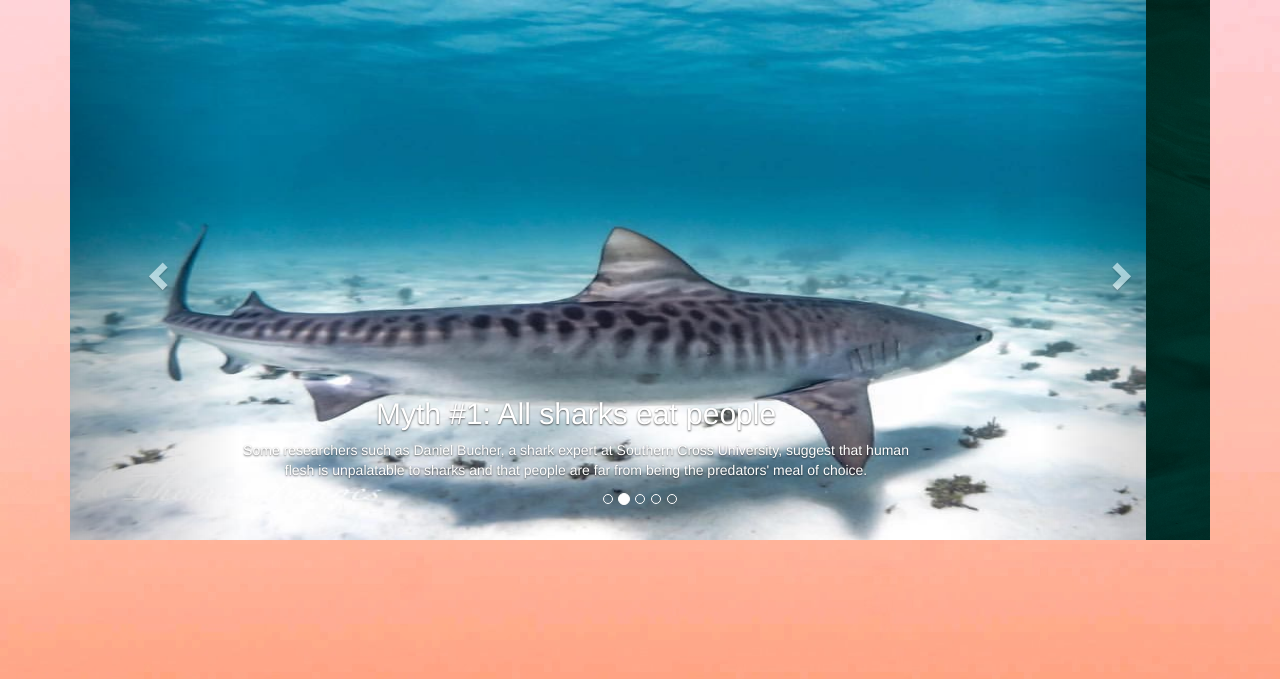
Repository: lacey-crenshaw/carousel
Page: index.html
An editor plug-in stored every save of this project. The page is shown before and after the next save, followed by the edit.
The browser window is 1280 px wide. The pictures show the whole page.

Above is the page before, as saved 2020-02-16 17:59:13.

After the next save:
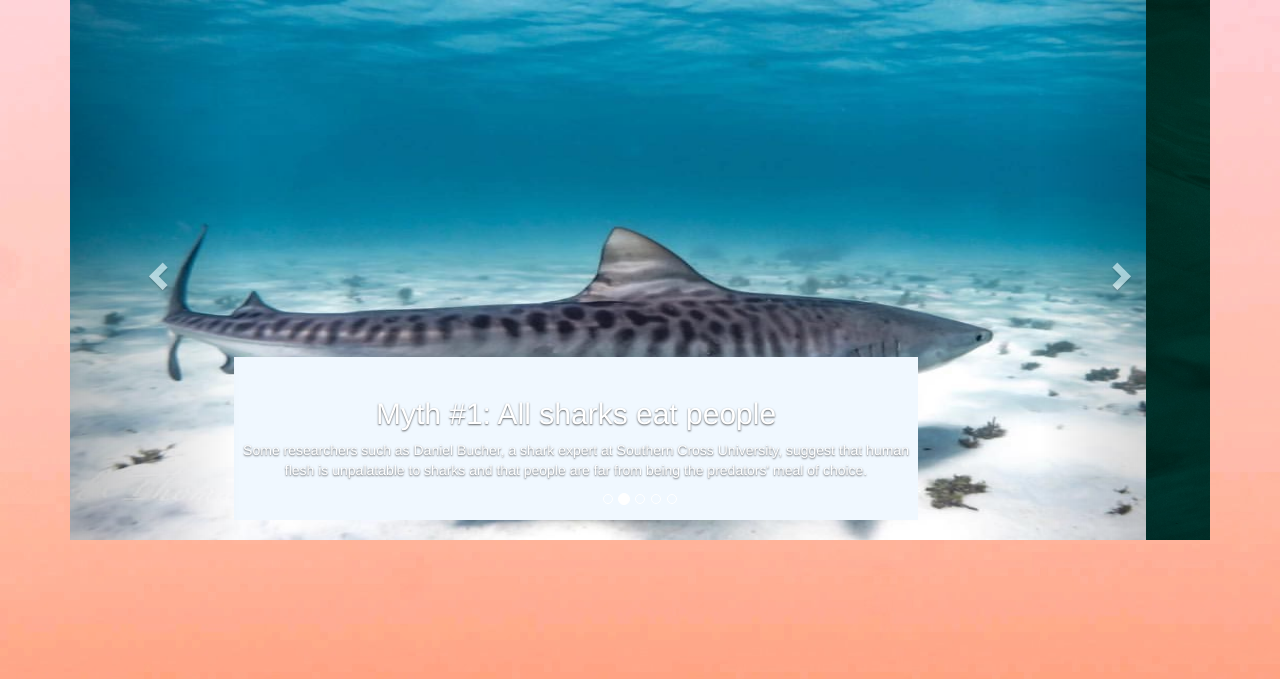
Saved 44 s later.
--- a/images/styles/styles.css
+++ b/images/styles/styles.css
@@ -7,3 +7,7 @@ body {
     width: 100% !important;
     height: 75vh;
 }
+
+.carousel-caption {
+    background-color: aliceblue;
+}
